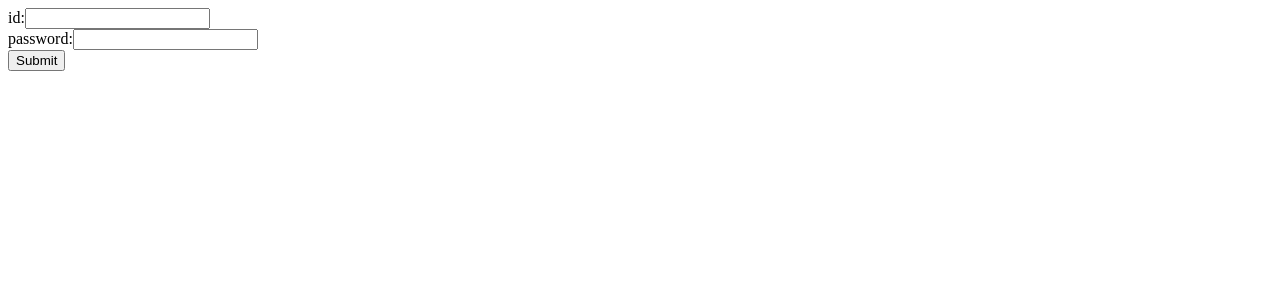
Repository: moshe31sh/Java_ee_final_project_todo_list
Page: http://localhost/Toto_list_final_project/signin.jsp
These files come from the project's save history. The page is drawn as it stood at one moment and after the next save; the edit follows.
The browser window is 1280 px wide. The pictures show the whole page.
The page is served by Tomcat 9. Other server files are loaded and not shown.

Above is the page before, as saved 2015-12-04 16:31:04.

### Toto_list_final_project/WebContent/signin.jsp
<%@ page language="java" contentType="text/html; charset=ISO-8859-1"
    pageEncoding="ISO-8859-1"%>
<!DOCTYPE html PUBLIC "-//W3C//DTD HTML 4.01 Transitional//EN" "http://www.w3.org/TR/html4/loose.dtd">
<html>
<head>
<meta http-equiv="Content-Type" content="text/html/; charset=ISO-8859-1">
<title>Insert title here</title>
</head>
<body>
<form method="get" action="/Toto_list_final_project/ToDoListMainController">
    id:<input type="text" name="id"/>
    <br>
    password:<input type="text" name="pass"/>
    <br>
    <input type="submit"/>
</form>

</body>
</html>

After the next save:
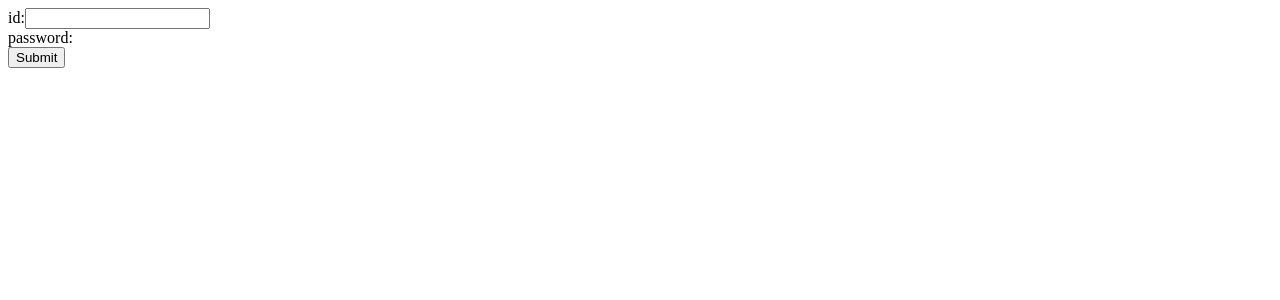
Saved 17 h 28 min later.
--- a/Toto_list_final_project/WebContent/signin.jsp
+++ b/Toto_list_final_project/WebContent/signin.jsp
@@ -10,7 +10,7 @@
 <form method="get" action="/Toto_list_final_project/ToDoListMainController">
     id:<input type="text" name="id"/>
     <br>
-    password:<input type="text" name="pass"/>
+    password:<input type="hidden" name="pass"/>
     <br>
     <input type="submit"/>
 </form>

After the save that followed:
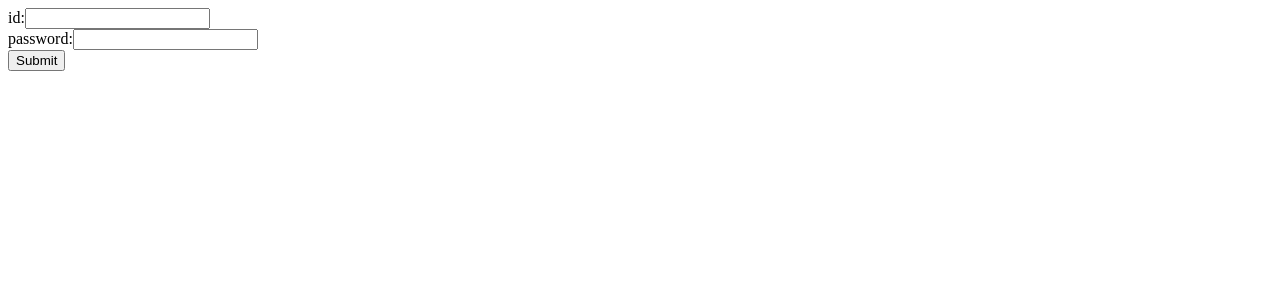
Saved 60 s later.
--- a/Toto_list_final_project/WebContent/signin.jsp
+++ b/Toto_list_final_project/WebContent/signin.jsp
@@ -10,7 +10,7 @@
 <form method="get" action="/Toto_list_final_project/ToDoListMainController">
     id:<input type="text" name="id"/>
     <br>
-    password:<input type="hidden" name="pass"/>
+    password:<input type="password" size ="20" name="pass"/>
     <br>
     <input type="submit"/>
 </form>
